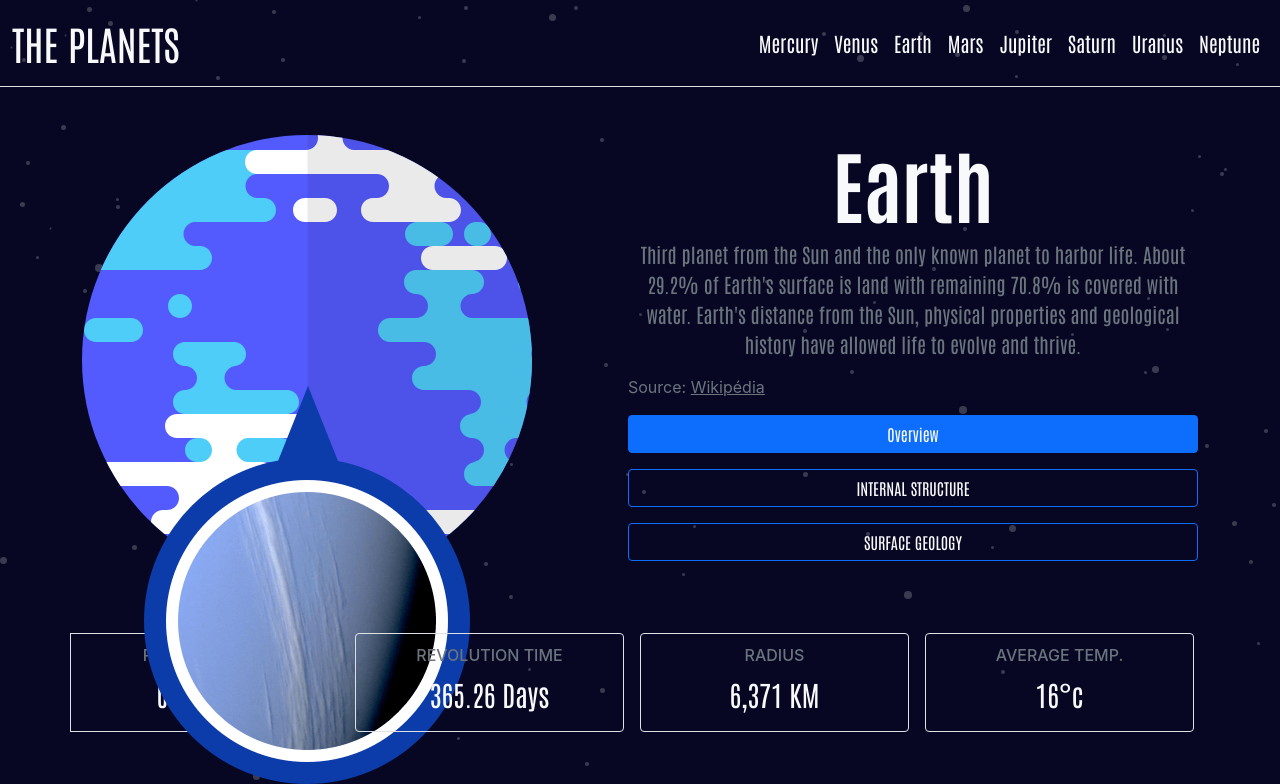
Repository: andre06x/the-planets
Page: /
An editor plug-in stored every save of this project. The page is shown before and after the next save, followed by the edit.
The browser window is 1280 px wide. The pictures show the whole page.
The project was rebuilt for these pictures with package versions that can differ from the ones it lists, and the page was loaded fresh each time.

Above is the page before, as saved 2021-10-19 16:50:26.

After the next save:
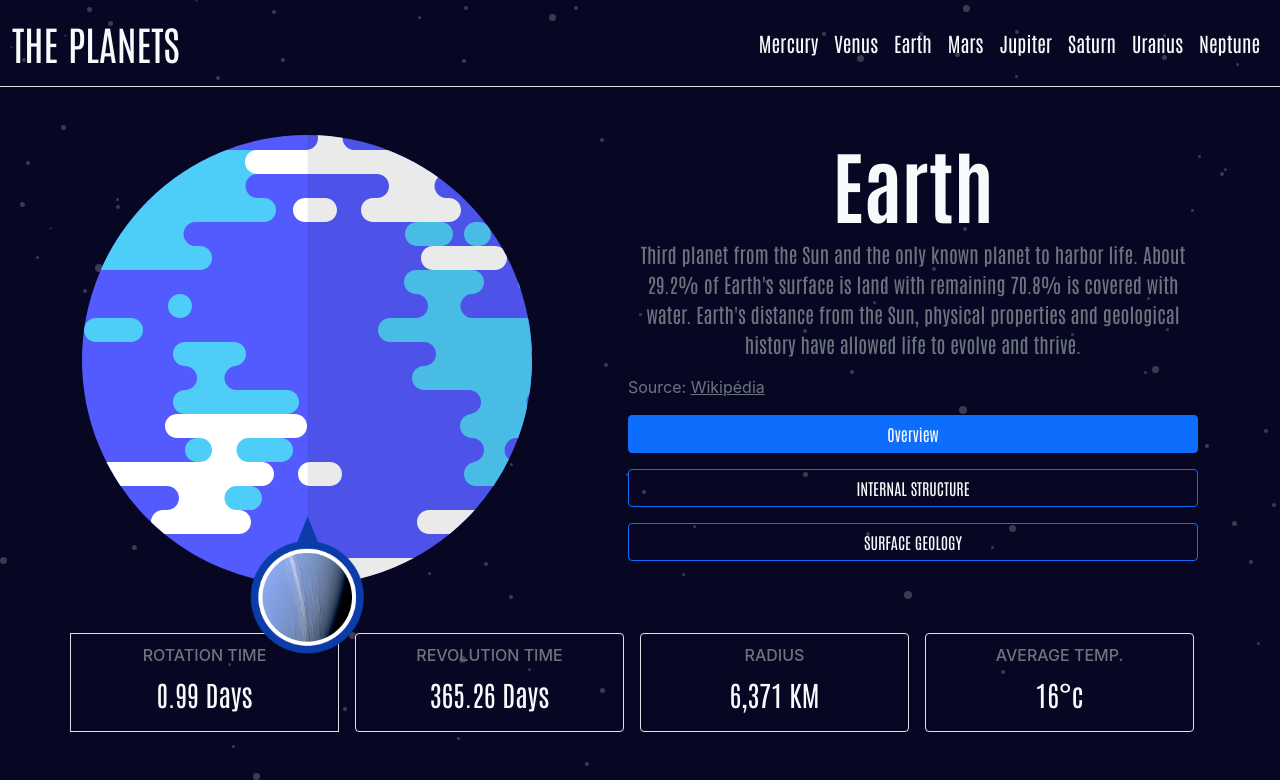
Saved 15 s later.
--- a/src/components/Container.js
+++ b/src/components/Container.js
@@ -54,7 +54,7 @@ const Container = () => {
         <div className="d-flex flex-md-row flex-column-reverse justify-content-between">
           <div className="me-md-5 d-flex justify-content-center position-relative">
             <img src={imagee} alt="" />
-            <img src="assets/geology-neptune.png" alt="" className="position-absolute top-100 start-50 translate-middle"/>
+            <img src="assets/geology-neptune.png" alt="" className="position-absolute w-25 top-100 start-50 translate-middle"/>
           </div>
           <div className="ms-md-5 d-flex flex-md-column flex-column-reverse">
             <h1 className="display-1 text-light font-antonio fw-bold text-center">
